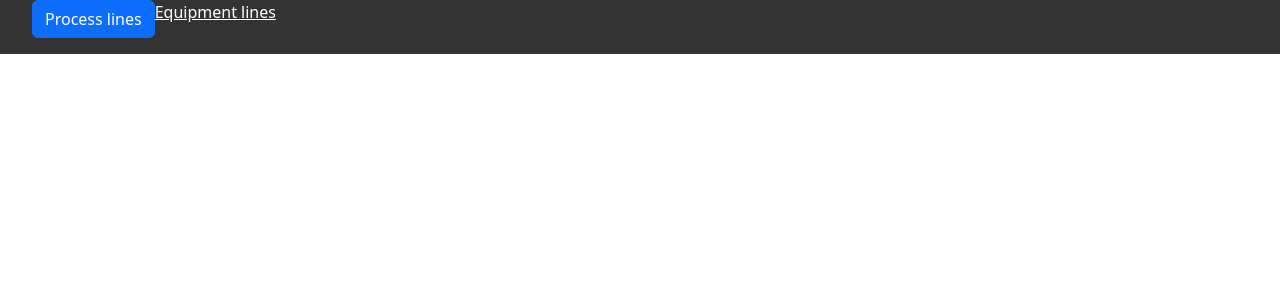
Repository: sreech465/evin3
Page: /equipment
The author's editor kept a copy of each file at every save. The page is drawn from the files as they stood at one save, then again after the next save.
The browser window is 1280 px wide. The pictures show the whole page.
The page's requests for data from a server got no answer. The project was rebuilt for these pictures with package versions that can differ from the ones it lists, and the page was loaded fresh each time. No one was signed in, and anything a server would have sent is missing. Also part of the build but not shown: src/Login.js, src/Display.js, src/Details.js, src/CustomSearchBar.js, src/Process.js, src/Learning.js, src/ProcessDetails.js, src/EquipDetails.js.

Above is the page before, as saved 2022-10-29 08:09:51.

### src/index.js
import React from "react";
import ReactDOM from "react-dom/client";
import "./index.css";
import App from "./App";
import reportWebVitals from "./reportWebVitals";
import { Provider } from "react-redux";
import store from "./store";
import "bootstrap/dist/css/bootstrap.min.css";
const root = ReactDOM.createRoot(document.getElementById("root"));
root.render(
  <React.StrictMode>
    <Provider store={store}>
      <App />
    </Provider>
  </React.StrictMode>
);

// If you want to start measuring performance in your app, pass a function
// to log results (for example: reportWebVitals(console.log))
// or send to an analytics endpoint. Learn more: https://bit.ly/CRA-vitals
reportWebVitals();

### src/App.js
import React from "react";
import { Routes, Route } from "react-router-dom";
import { BrowserRouter } from "react-router-dom";
import Login from "./Login";
import Display from "./Display";
import Details from "./Details";
import Process from "./Process";
import Equipment from "./Equipment";
import Learning from "./Learning";
import ProcessDetails from "./ProcessDetails";
import EquipDetails from "./EquipDetails";

const App = () => {
  return (
    <div className="App">
      <BrowserRouter>
        <Routes>
          <Route path="/" element={<Login />} />
          <Route path="/display" element={<Display />} />
          <Route path="/details" element={<Details />} />
          <Route path="/pdetails" element={<Process />} />
          <Route path="/elearning" element={<Learning />} />
          <Route path="/equipment" element={<Equipment />} />
          <Route path="/pdetails/:id" element={<ProcessDetails />} />
          <Route path="/equipment/:id" element={<EquipDetails />} />
        </Routes>
      </BrowserRouter>
    </div>
  );
};

export default App;

### src/store.js
import { applyMiddleware, createStore } from "redux";
import thunk from "redux-thunk";

import { singleReducer } from "./combineReducer";

const store = createStore(singleReducer, applyMiddleware(thunk));

export default store;

### src/Equipment.js
import React, { useEffect } from "react";
import { useSelector, useDispatch } from "react-redux";
import { getEquipmentDetails } from "./Actions";
import Headertabs from "./Headertabs";
import { Link } from "react-router-dom";

const Equipment = () => {
  const dispatch = useDispatch();

  const access_token = useSelector(
    (state) => state.LoginReducer.auth.access_token
  );

  const EquipmentList = useSelector((state) => state.EquipmentReducer.Data102);
  console.log(EquipmentList);

  useEffect(() => {
    dispatch(getEquipmentDetails(access_token));
  }, []);

  return (
    <>
      <Headertabs />
      {/* <div>
        <Routes>
          <Route path="/equipment" element={<Equipment />} />
        </Routes>
      </div> */}

      <>
        {EquipmentList &&
          EquipmentList.data.results.length > 0 &&
          EquipmentList.data.results.map((element) => {
            return (
              <>
                <div class="card" style={{ display: "flex" }}>
                  <img
                    style={{ width: 70, height: 40 }}
                    class="card-img-top"
                    src={element.equipment_image}
                    alt="Card image cap"
                  />
                  <div class="card-body">
                    <h5 class="card-title">{element.equipment_id}</h5>
                    <p class="card-text">
                      {element.line_org_location} {element.installed_by_name}.
                    </p>
                    <Link to={`/equipment/${element.id}`}>
                      <button class="btn btn-primary">Details</button>
                    </Link>
                  </div>
                </div>
              </>
            );
          })}
      </>
      {/* ) : ( "loading" ); */}
    </>
  );
};

export default Equipment;

### src/combineReducer.js
import { combineReducers } from "redux";
import {
  equipmentReducer,
  equipmentReducer1,
  LoginReducer,
  processReducer,
  processReducer1,
  projectReducer,
} from "./Reducer";

export const singleReducer = combineReducers({
  LoginReducer: LoginReducer,
  ProjectReducer: projectReducer,
  ProcessReducer: processReducer,
  ProcessReducer1: processReducer1,
  EquipmentReducer: equipmentReducer,
  EquipmentReducer1: equipmentReducer1,
});

### src/Actions.js
import axios from "axios";

import {
  LOGIN_SUCESS,
  PROCESS_SUCESS,
  PROJECT_SUCESSC,
  EQUIPMENT_SUCESS,
  EQUIPMENT_SUCESSC,
  PROJECT_SUCESS,
} from "./types";

const apiBaseUrl = "http://52.139.224.15:81/account/";
const adminbaseurl = "http://52.139.224.15:81/";
const baseUrl = "http://52.139.224.15:81/account/login/";

export const loginAction = (username, password, navigate) => {
  console.log(username, password, "action");
  return async (dispatch) => {
    const formData = {
      username: username,
      password: password,
    };

    try {
      await axios.post(baseUrl, formData).then((response) => {
        console.log("response from api", response.data);
        if (response.status == 200) {
          dispatch({ type: LOGIN_SUCESS, payload: response.data });
          navigate("/display");
        }
      });
    } catch (err) {
      console.log(err);
    }
  };
};

export const getProjectDetails = (access_token) => {
  console.log(access_token);
  return async (dispatch) => {
    let config = {
      headers: { Authorization: `Bearer ${access_token}` },
    };

    try {
      await axios
        .get(
          "http://52.139.224.15:81/my_project_list/?search=&page=1&ordering=-id&project_status=&solution_org=",
          config
        )
        .then((response) => {
          console.log("response from api", response);
          if (response.status == 200) {
            dispatch({ type: PROCESS_SUCESS, payload: response });
          }
        });
    } catch (err) {
      console.log(err);
    }
  };
};

export const getProcesslines = (access_token) => {
  console.log(access_token);
  return async (dispatch) => {
    let config = {
      headers: { Authorization: `Bearer ${access_token}` },
    };

    try {
      await axios
        .get(
          "http://52.139.224.15:81/end_user/process_line/?primary_product=all&org_location=&query=&page=1&sort_by=-id&installed_by=",
          config
        )
        .then((response) => {
          console.log("response from api", response);
          if (response.status == 200) {
            dispatch({ type: PROJECT_SUCESS, payload: response });
          }
        });
    } catch (err) {
      console.log(err);
    }
  };
};

export const getProcesslines1 = (access_token, id) => {
  console.log(access_token);
  console.log(id);

  return async (dispatch) => {
    let config = {
      headers: { Authorization: `Bearer ${access_token}` },
    };

    try {
      await axios
        .get(
          `http://52.139.224.15:81/end_user/process_line/?line_id=${id}`,
          config
        )
        .then((response) => {
          console.log("response from api", response);
          if (response.status == 200) {
            dispatch({ type: PROJECT_SUCESSC, payload: response });
          }
        });
    } catch (err) {
      console.log(err);
    }
  };
};

export const getEquipmentDetails = (access_token) => {
  console.log(access_token);
  return async (dispatch) => {
    let config = {
      headers: { Authorization: `Bearer ${access_token}` },
    };

    try {
      await axios
        .get(
          "http://52.139.224.15:81/tagged_equipment_list/?search=&page=1&ordering=-status&process_line__org_location__name=&process_line__name=&system=&oem_org_id=&process_line__primary_product_ref__name=&equipment_select=&process_line__installed_by=",
          config
        )
        .then((response) => {
          console.log("response from api", response);
          if (response.status == 200) {
            dispatch({ type: EQUIPMENT_SUCESS, payload: response });
          }
        });
    } catch (err) {
      console.log(err);
    }
  };
};

export const getEquipmentDetails1 = (access_token, id) => {
  console.log(access_token);
  console.log(id);
  return async (dispatch) => {
    let config = {
      headers: { Authorization: `Bearer ${access_token}` },
    };

    try {
      await axios
        .get(
          `http://52.139.224.15:81/tagged_equipment_list/?installed_equipment_id=${id}`,
          config
        )
        .then((response) => {
          console.log("response from api", response);
          if (response.status == 200) {
            dispatch({ type: EQUIPMENT_SUCESSC, payload: response });
          }
        });
    } catch (err) {
      console.log(err);
    }
  };
};

### src/Headertabs.js
import React from "react";
import "./styles.css";
import { Link } from "react-router-dom";

const Headertabs = () => {
  return (
    <nav className="nav">
      <ul
        style={{
          textDecoration: "none",
          display: "flex",
          justifyContent: "space-around",
        }}
      >
        <li style={{ listStyleType: "none" }}>
          <Link to="/pdetails">
            <button className="btn btn-primary">Process lines</button>
          </Link>
        </li>
        <li style={{ listStyleType: "none" }}>
          <Link to="/equipment">Equipment lines</Link>
        </li>
      </ul>
    </nav>
  );
};

export default Headertabs;

### src/Reducer.js
import {
  EQUIPMENT_SUCESS,
  EQUIPMENT_SUCESSC,
  LOGIN_SUCESS,
  PROCESS_SUCESS,
  PROJECT_SUCESS,
  PROJECT_SUCESSC,
} from "./types";
const initialState = {
  auth: {
    access_token: "",
    username: "",
    role_permissions: [],
  },
  Data100: "",
};

export const LoginReducer = (state = initialState, action) => {
  // console.log(action);

  switch (action.type) {
    case LOGIN_SUCESS:
      return {
        ...state,

        auth: action.payload,
      };

    default:
      return state;
  }
};

export const projectReducer = (state = initialState, action) => {
  // console.log(action);

  switch (action.type) {
    case PROCESS_SUCESS:
      return {
        ...state,

        Data100: action.payload,
      };

    default:
      return state;
  }
};

export const processReducer = (state = initialState, action) => {
  // console.log(action);

  switch (action.type) {
    case PROJECT_SUCESS:
      return {
        ...state,

        Data101: action.payload,
      };

    default:
      return state;
  }
};

export const processReducer1 = (state = initialState, action) => {
  // console.log(action);

  switch (action.type) {
    case PROJECT_SUCESSC:
      return {
        ...state,

        TOM: action.payload,
      };

    default:
      return state;
  }
};

export const equipmentReducer = (state = initialState, action) => {
  // console.log(action);

  switch (action.type) {
    case EQUIPMENT_SUCESS:
      return {
        ...state,

        Data102: action.payload,
      };

    default:
      return state;
  }
};

export const equipmentReducer1 = (state = initialState, action) => {
  // console.log(action);

  switch (action.type) {
    case EQUIPMENT_SUCESSC:
      return {
        ...state,

        JERRY: action.payload,
      };

    default:
      return state;
  }
};

### src/types.js
export const LOGIN_SUCESS = "LOGIN_SUCESS";
export const PROCESS_SUCESS = "PROCESS_SUCESS";
export const PROJECT_SUCESS = "PROJECT_SUCESS";
export const EQUIPMENT_SUCESS = "EQUIPMENT_SUCESS";
export const EQUIPMENT_SUCESSC = "EQUIPMENT_SUCESSC";
export const PROJECT_SUCESSC = "PROJECT_SUCESSC";

### src/styles.css
* {
    box-sizing: border-box;
}

body {
    margin:0;

}

.nav {
    background-color: #333;
    color:white;
    display: flex;
    justify-content: space-between;
    align-items: center;
    gap: 2rem;
    padding: 0 1rem;
}

.nav a {
    color:inherit
}

Loaded but not shown: public/index.html (common file); src/index.css (common file); src/reportWebVitals.js (common file)

After the next save:
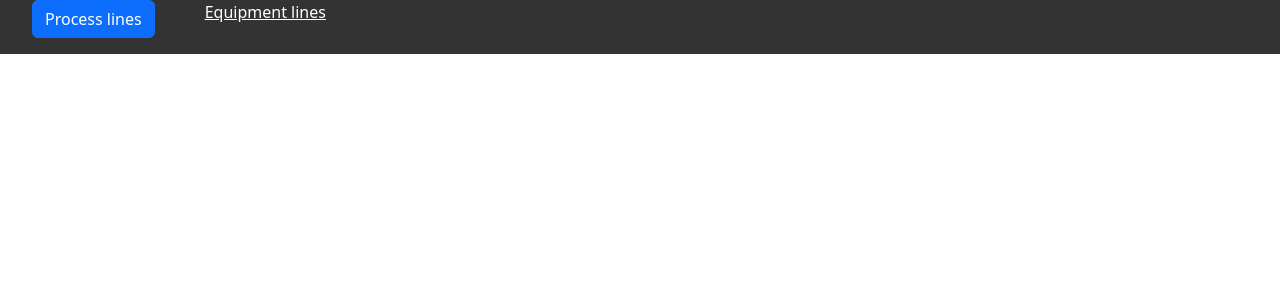
Saved 31 s later.
--- a/src/Headertabs.js
+++ b/src/Headertabs.js
@@ -17,7 +17,7 @@ const Headertabs = () => {
             <button className="btn btn-primary">Process lines</button>
           </Link>
         </li>
-        <li style={{ listStyleType: "none" }}>
+        <li style={{ listStyleType: "none", marginLeft: 50 }}>
           <Link to="/equipment">Equipment lines</Link>
         </li>
       </ul>
